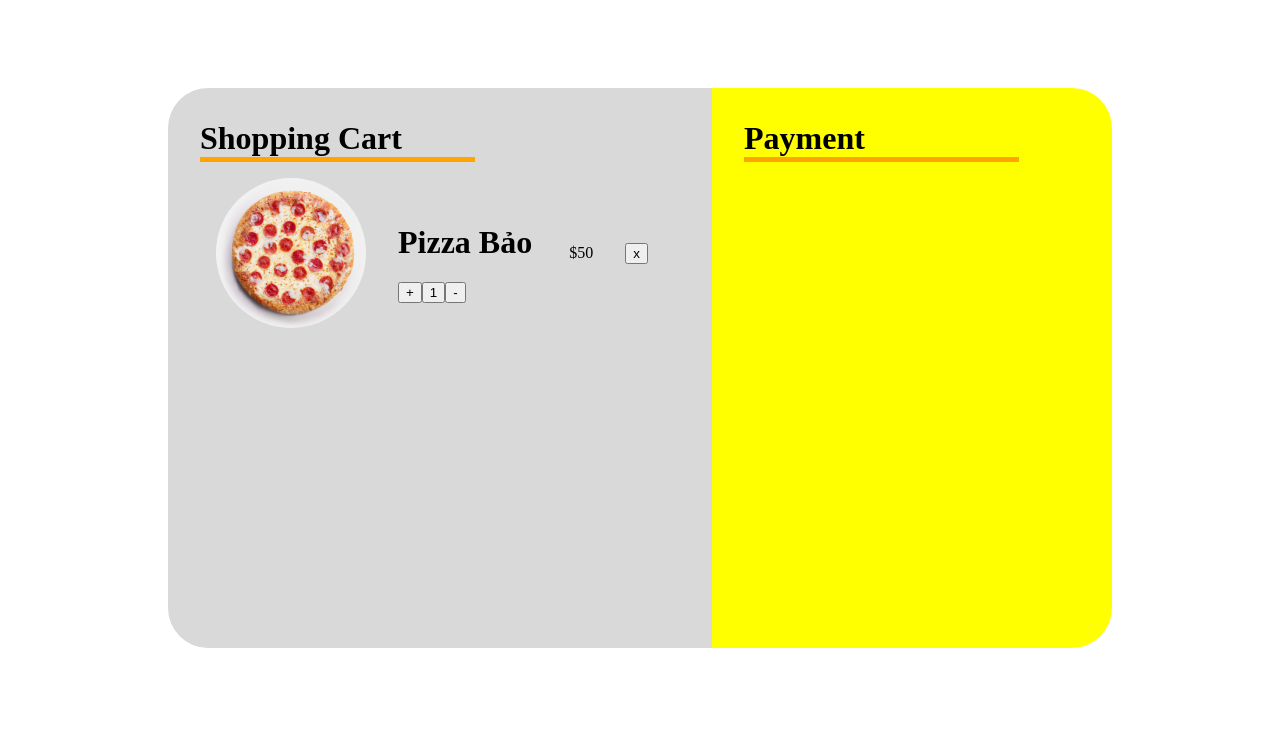
Repository: NDBaoFE/pizza-ordering-hiep
Page: /checkout
An editor plug-in stored every save of this project. The page is shown before and after the next save, followed by the edit.
The browser window is 1280 px wide. The pictures show the whole page.
The project was rebuilt for these pictures with package versions that can differ from the ones it lists, and the page was loaded fresh each time.

Above is the page before, as saved 2022-08-27 22:14:05.

After the next save:
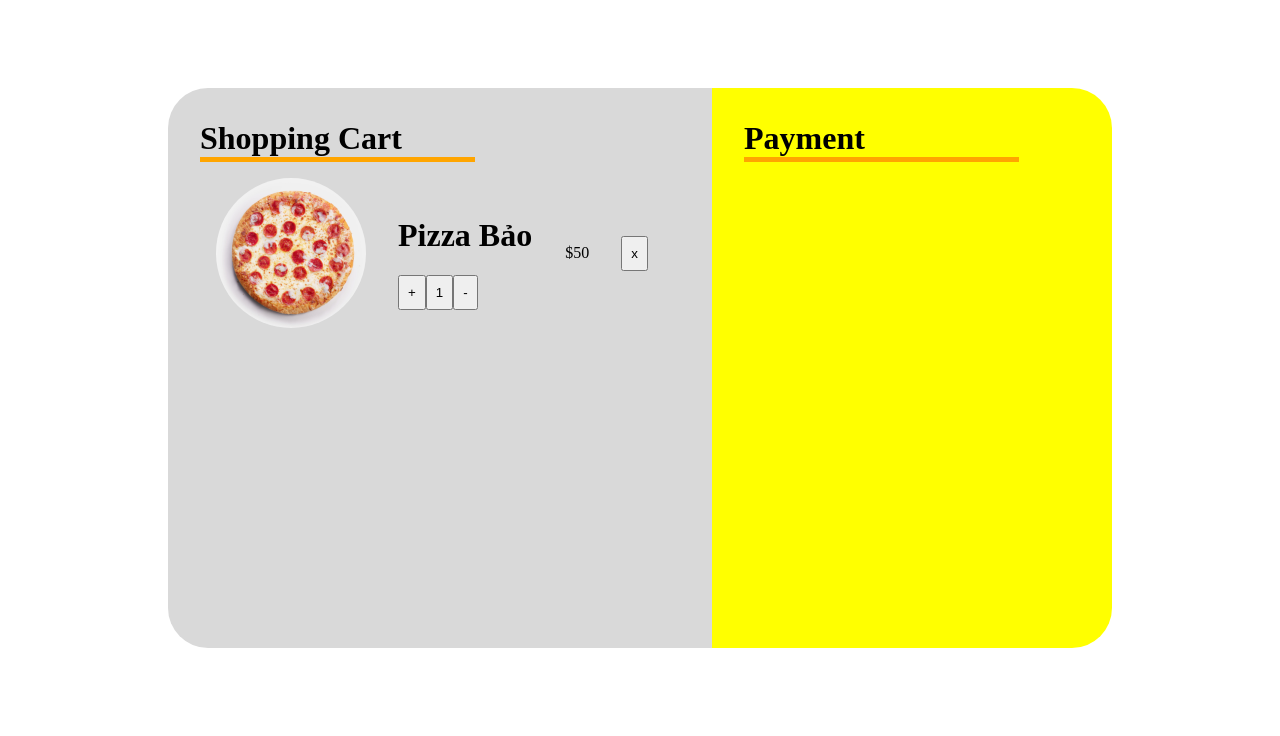
Saved 7 s later.
--- a/src/pages/Checkout/Checkout.styled.js
+++ b/src/pages/Checkout/Checkout.styled.js
@@ -8,7 +8,7 @@ export const Background = styled.div`
   display: flex;
   overflow-y: hidden;
 
-  & > button {
+  & button {
     padding: 0.5rem;
   }
 `
